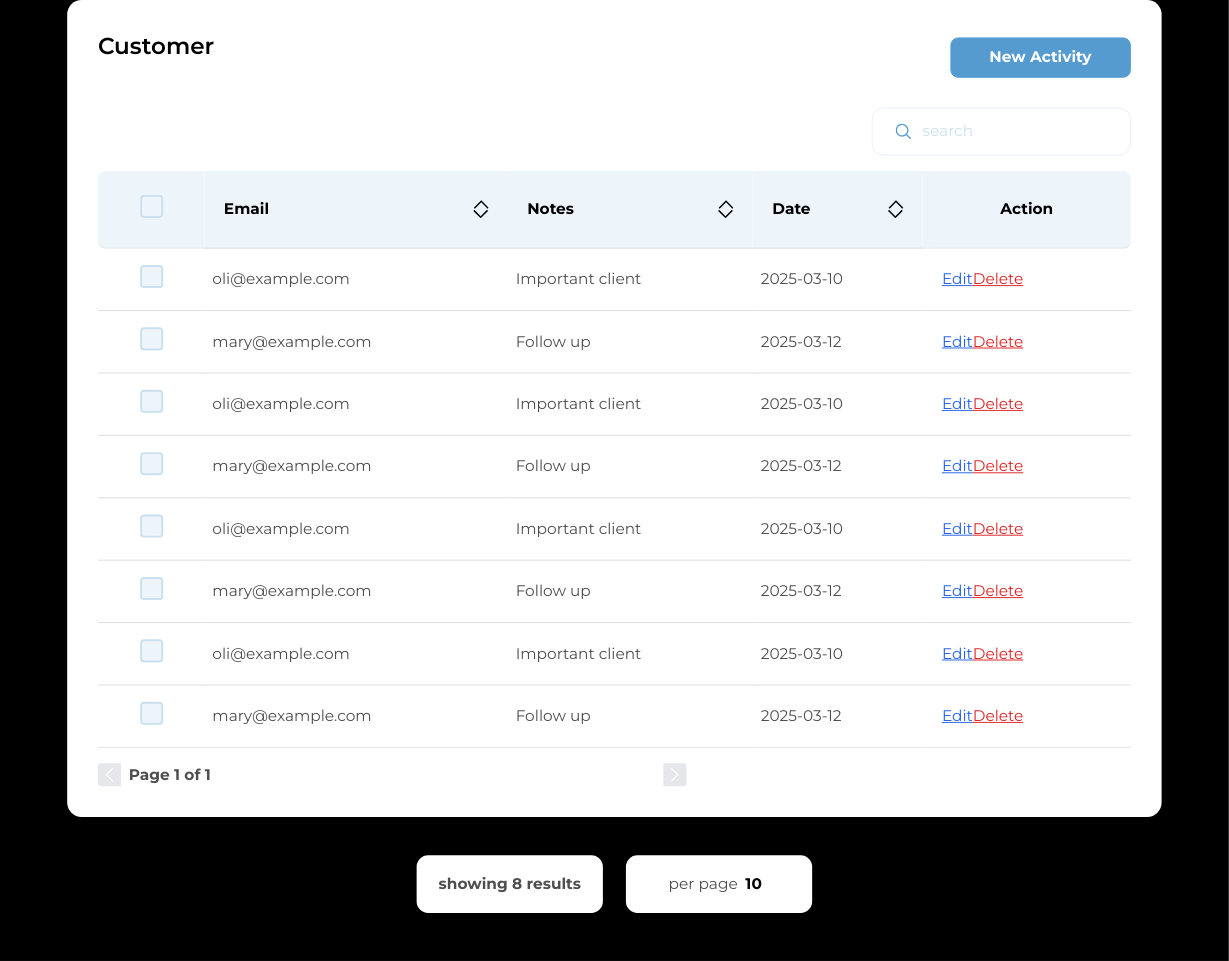
Repository: Abdelrhman-asker-smart/JsdcPIF
Page: tableAcitviy.html
The author's editor kept a copy of each file at every save. The page is drawn from the files as they stood at one save, then again after the next save.
The browser window is 1280 px wide. The pictures show the whole page, at 96% of full size.
Some web libraries are served in a nearby version.

Above is the page before, as saved 2025-03-10 11:13:47.

After the next save:
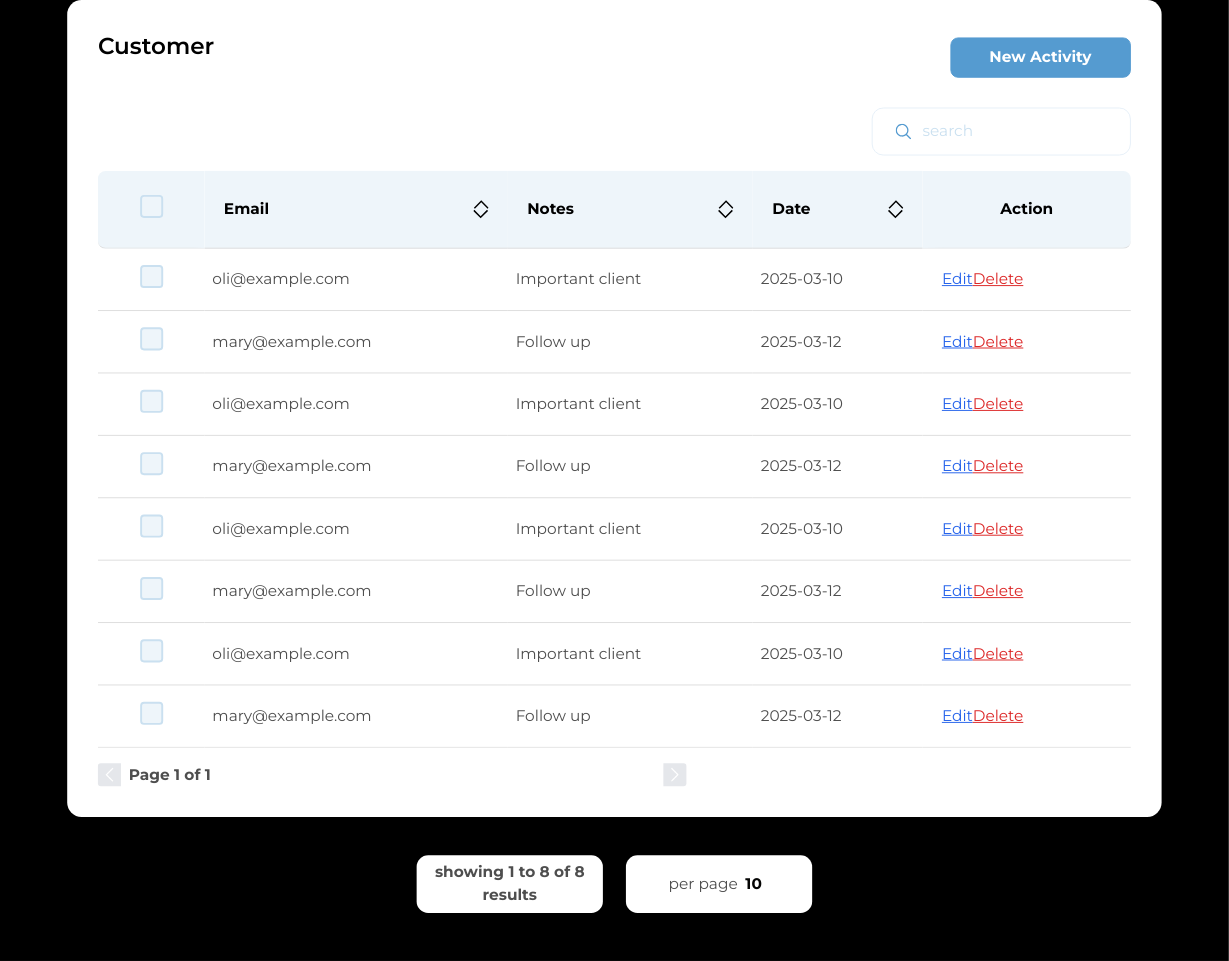
Saved 10 s later.
--- a/tableAcitviy.html
+++ b/tableAcitviy.html
@@ -515,7 +515,7 @@ New Activity            </button>
       const totalResults = activities.length;
       const start = currentPage * rowsPerPage + 1;
       const end = Math.min((currentPage + 1) * rowsPerPage, totalResults);
-      resultsText.textContent = `showing  ${end} result${totalResults > 1 ? "s" : ""}`;
+      resultsText.textContent = `showing ${start} to ${end} of ${totalResults} result${totalResults > 1 ? "s" : ""}`;
     }
 
     prevButton.addEventListener("click", () => {
